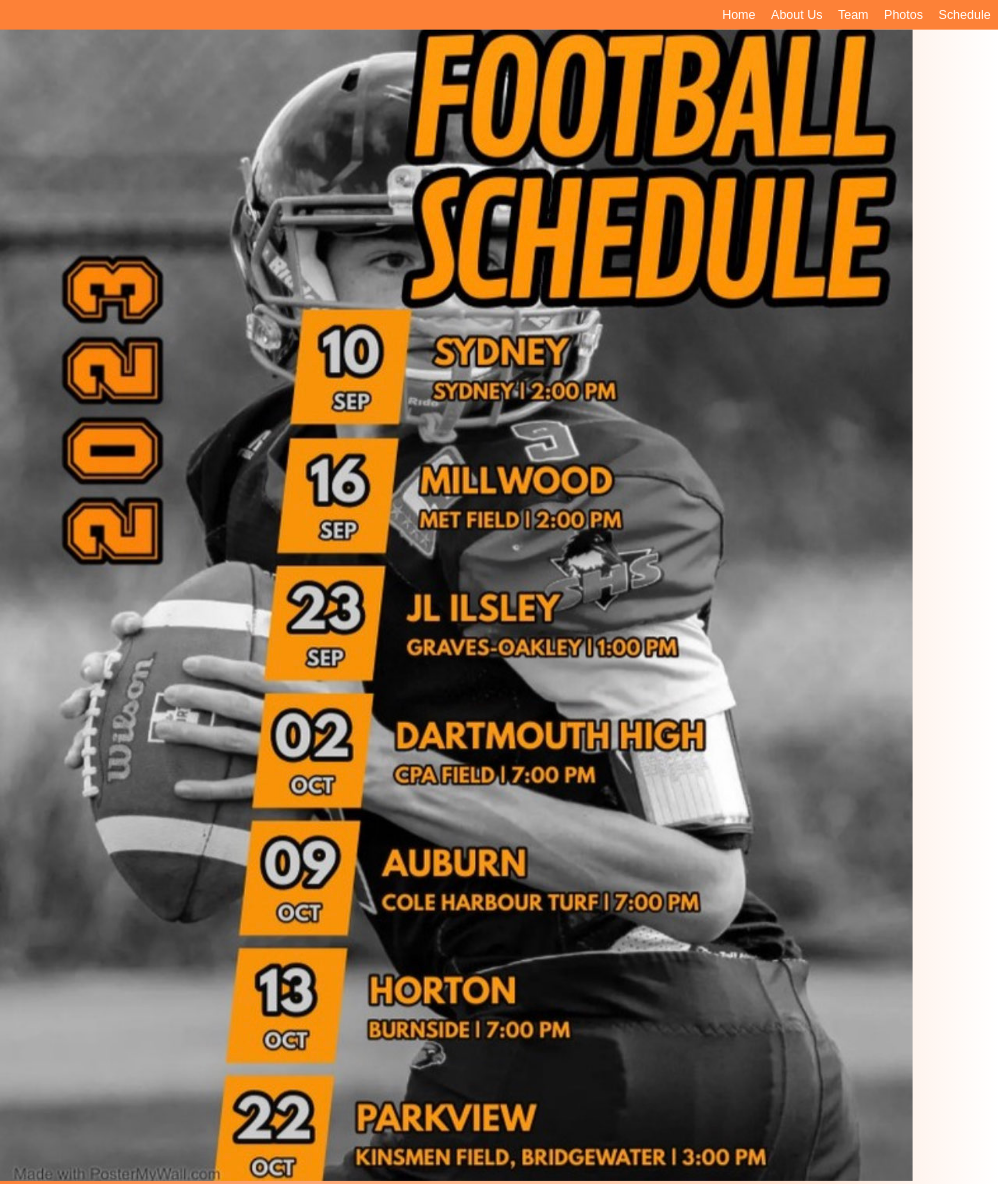
Repository: SHSFootballRepo/Website
Page: public/schedule.html
The author's editor kept a copy of each file at every save. The page is drawn from the files as they stood at one save, then again after the next save.
The browser window is 1280 px wide. The pictures show the whole page, at 78% of full size.

Above is the page before, as saved 2023-08-19 18:48:53.

After the next save:
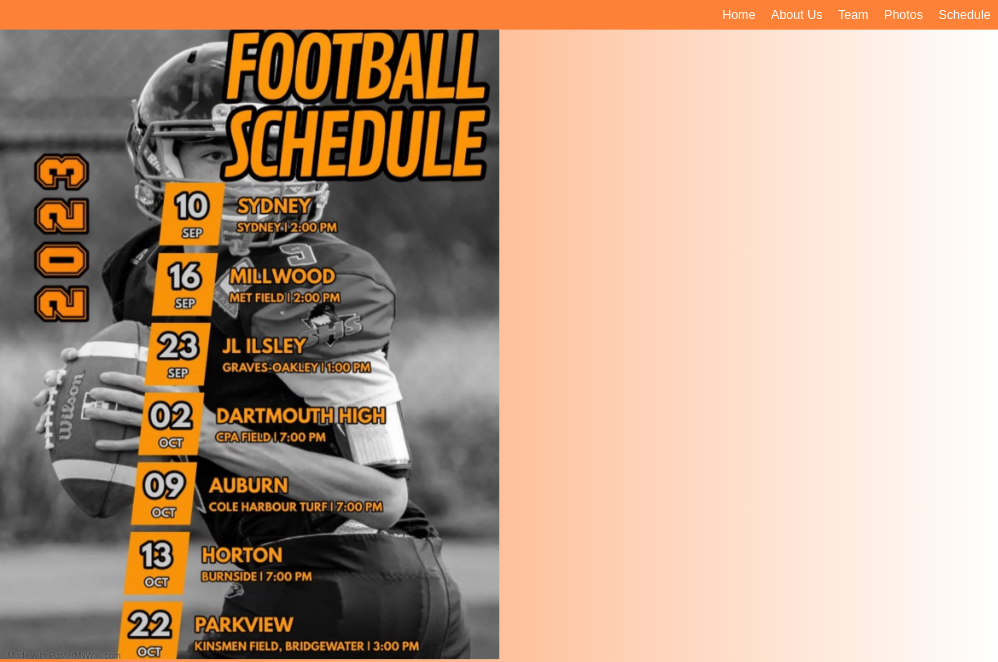
Saved 14 s later.
--- a/public/styles.css
+++ b/public/styles.css
@@ -112,7 +112,7 @@
     font-size: xx-large;
 }
 
-.schedule1 {
+.schedule1 img {
     height: 50%;
     width: 50%;;
 
